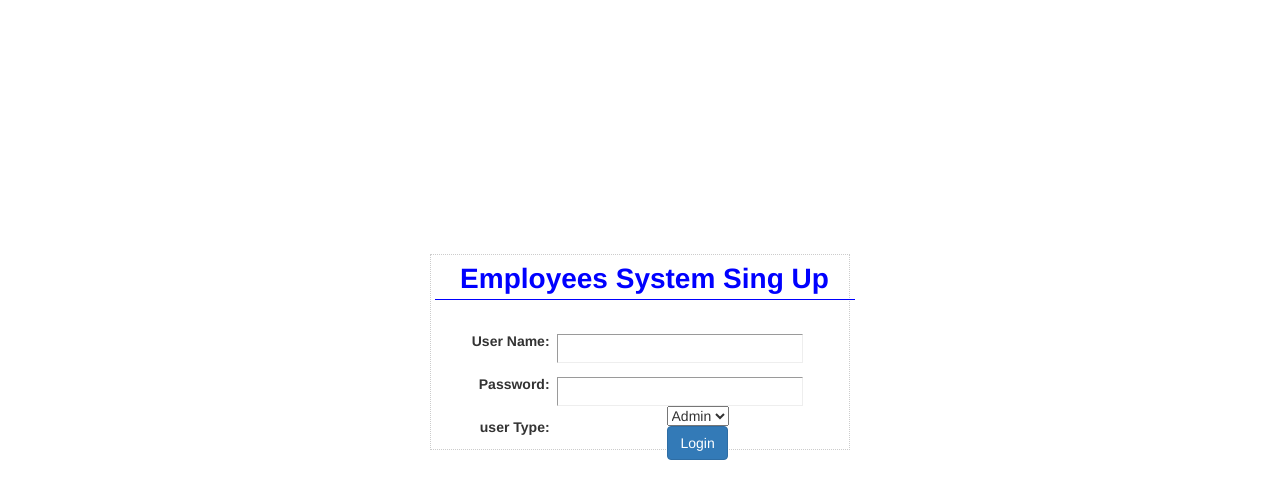
Repository: Hossam-Ali-zz/Employee-System
Page: http://localhost/Employee/createUser.jsp
An editor plug-in stored every save of this project. The page is shown before and after a run of saves, followed by the edit.
The browser window is 1280 px wide. The pictures show the whole page.
Some web libraries are served in a nearby version. The page is served by Tomcat 9. Nobody is signed in. The application's start-up code is not run.

Above is the page before, as saved 2017-04-04 09:58:59.

After the next 2 saves:
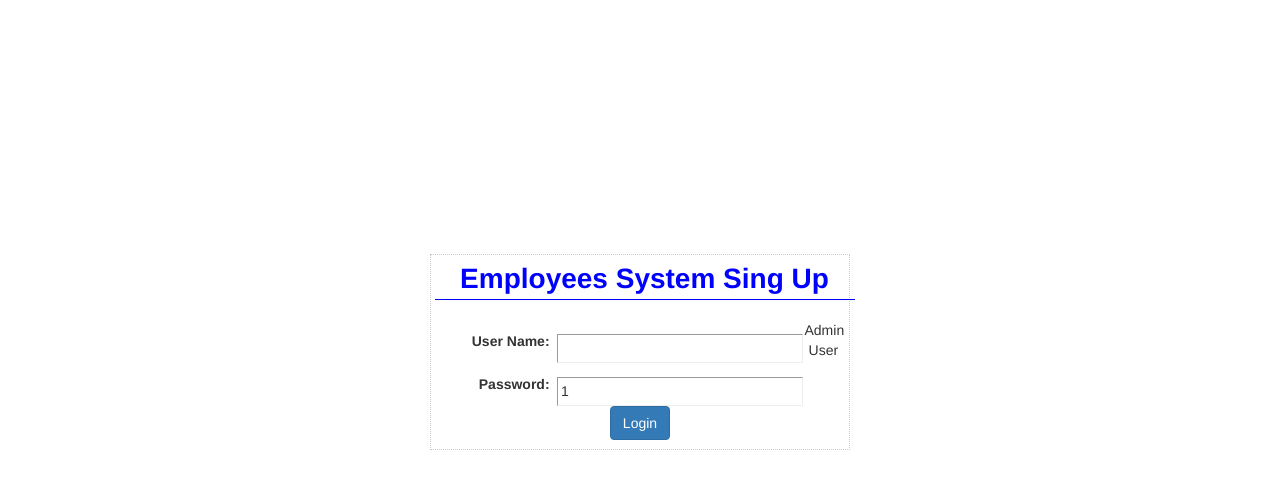
The 2 saves are shown as one change because they came seconds apart.
The last was saved 17 s later.
--- a/Employee/WebContent/createUser.jsp
+++ b/Employee/WebContent/createUser.jsp
@@ -82,8 +82,6 @@ label+input {
 			<legend>Employees System Sing Up</legend>
 			<label>User Name: </label> <input type="text" name="userName"
 				id="userName"> <label>Password: </label> <input
-				type="password" name="password" id="password"> <label>user
-				Type: </label> <select name="userType">
 				<option value="1">Admin</option>
 				<option value="0">User</option>
 			</select> <br>
